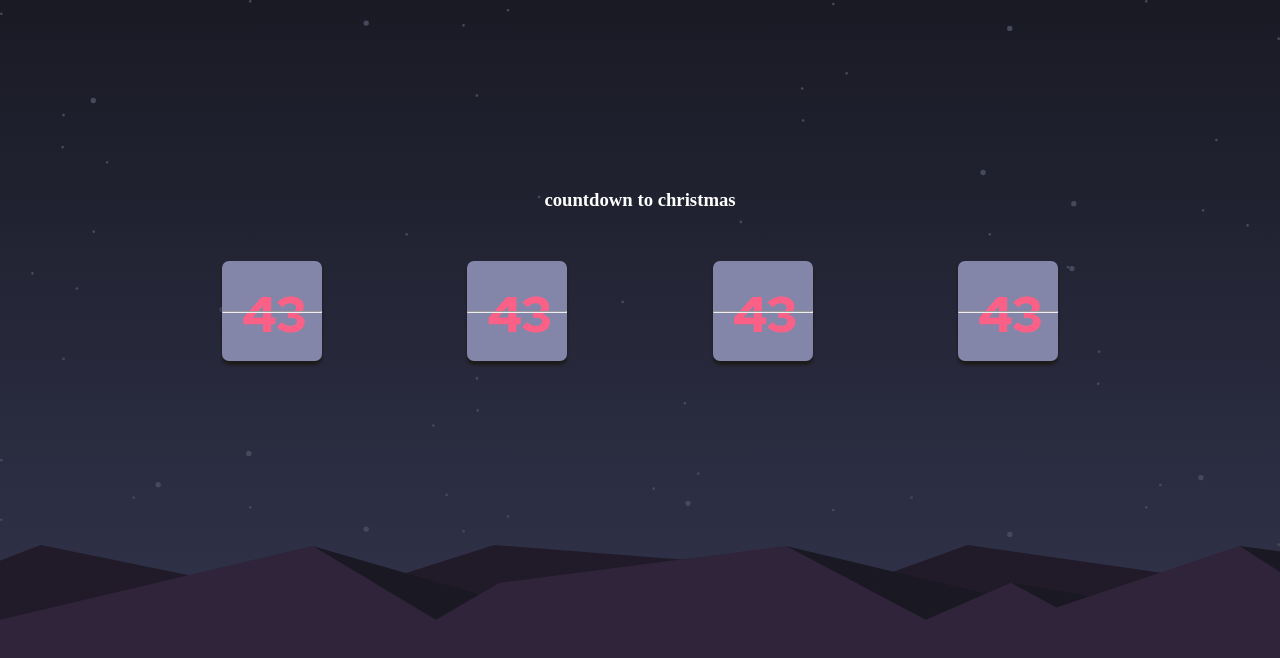
Repository: Eugene44-hub/countdown
Page: index.html
The author's editor kept a copy of each file at every save. The page is drawn from the files as they stood at one save, then again after a run of saves.
The browser window is 1280 px wide. The pictures show the whole page.

Above is the page before, as saved 2021-09-12 03:21:19.

### index.html
<!DOCTYPE html>
<html lang="en">

<head>
    <meta charset="UTF-8">
    <meta http-equiv="X-UA-Compatible" content="IE=edge">
    <meta name="viewport" content="width=device-width, initial-scale=1.0">
    <title>Document</title>
    <link rel="stylesheet" href="style.css">
</head>

<body>
    <div class="container">


        <div class="timer ">
            <h3 class="col10">countdown to christmas</h3>
            <div class="card">
                <p>43</p>
                <hr> </div>
            <div class="card">
                <p>43</p>
                <hr>
            </div>
            <div class="card">
                <p>43</p>
                <hr>
            </div>
            <div class="card">
                <p>43</p>
                <hr>
            </div>

        </div>

    </div>
    <script src="app.js"></script>

</body>

</html>

</html>

### style.css
@import url('https://fonts.googleapis.com/css2?family=Red+Hat+Text:wght@700&display=swap');
* {
    padding: 0;
    margin: 0;
    box-sizing: border-box;
}

body {
    /* background-color: hsl(235, 16%, 14%); */
    /* background-color: hsl(234, 17%, 12%); */
    background-image: url('images/pattern-hills.svg'), url('images/bg-stars.svg'), linear-gradient( hsl(235, 18%, 12%), hsl(236, 21%, 26%));
    background-position: bottom, top;
    background-repeat: no-repeat, repeat;
    background-size: contain;
    background-attachment: fixed;
}

.container {
    display: flex;
    width: 100%;
    height: 500px;
    flex-wrap: wrap;
    text-align: center;
}

.col10 {
    flex: 100%;
    margin: auto;
}

h3 {
    color: white;
    padding: 50px;
}

.timer {
    margin: auto;
    display: flex;
    flex-wrap: wrap;
    justify-content: space-between;
    padding: 30px;
    width: 70%;
}

.card {
    background-color: hsl(237, 18%, 59%);
    padding: 20px;
    width: 100px;
    height: 100px;
    position: relative;
    overflow: hidden;
    box-shadow: 0px 4px 3px rgb(29, 27, 27);
    border-radius: 7px;
    display: flex;
}

p {
    margin: auto;
    font-size: 50px;
    font-family: 'Red Hat Text';
    color: hsl(345, 95%, 68%);
}

hr {
    position: absolute;
    width: 100%;
    top: 50%;
    left: 0%;
}


/* timer color  hsl(345, 95%, 68%)
timer card color hsl(237, 18%, 59%)
* /

### app.js
const proposed = new Date('2021-12-25');
const current = new Date();

const proArr = [proposed.getHours(), proposed.getMinutes(), proposed.getSeconds(), proposed.getDay(), proposed.getMonth()]
console.log('proposed days:' + (((proArr.at(-1) * 31) - 7) + proposed.getDate()));
console.log('current days:' + (((current.getMonth() * 31) - 5) + current.getDate()));

console.log((((proArr.at(-1) * 31) - 7) + proposed.getDate()) - (((current.getMonth() * 31) - 5) + current.getDate()) + 'days to christmas');

console.log('hours:' + (24 - current.getHours()));
console.log('minutes:' + (60 - current.getMinutes()));
console.log('hours:' + (60 - current.getSeconds()));

// let cal = proposed. - current;
// console.log(proposed);
// console.log(current.getDate());
// console.log(proArr.at(-1) + 1);
// let another = new Date(cal);
// console.log(another)
//359-253 propsed day - current day(mth*31-7) for september minus 6

After the next 2 saves:
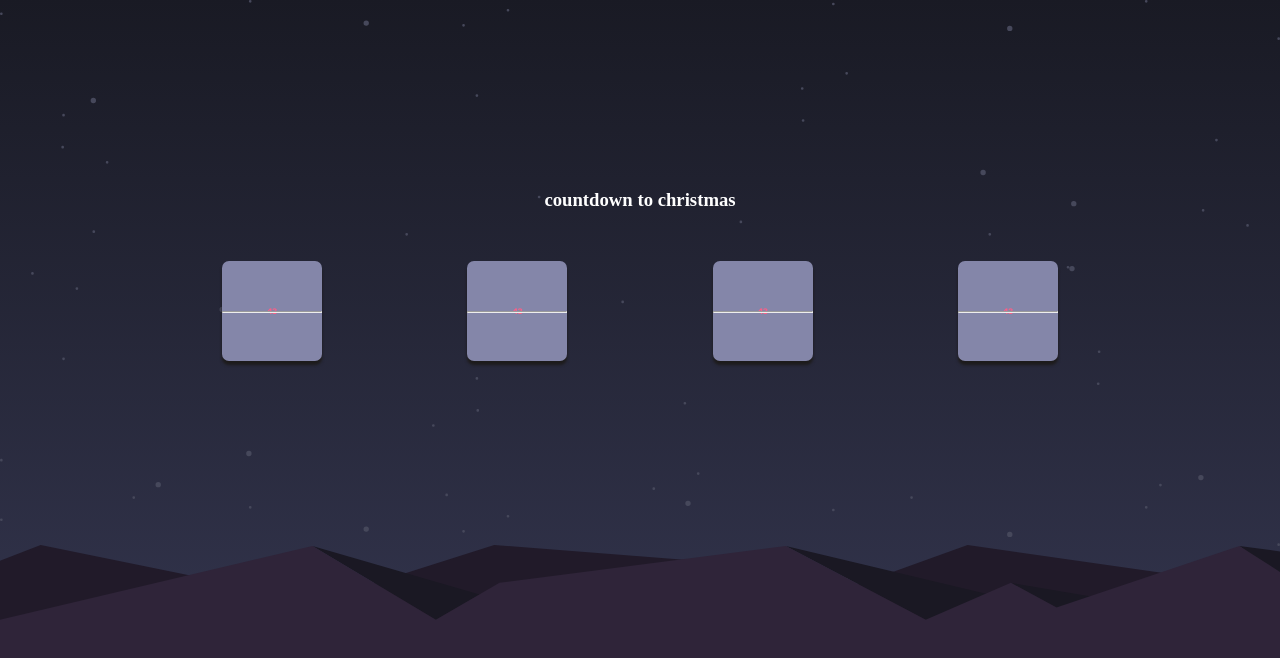
The 2 saves are shown as one change because they came seconds apart.
The last was saved 15 s later.
--- a/style.css
+++ b/style.css
@@ -56,7 +56,7 @@ h3 {
 
 p {
     margin: auto;
-    font-size: 50px;
+    font-size: 50%;
     font-family: 'Red Hat Text';
     color: hsl(345, 95%, 68%);
 }
